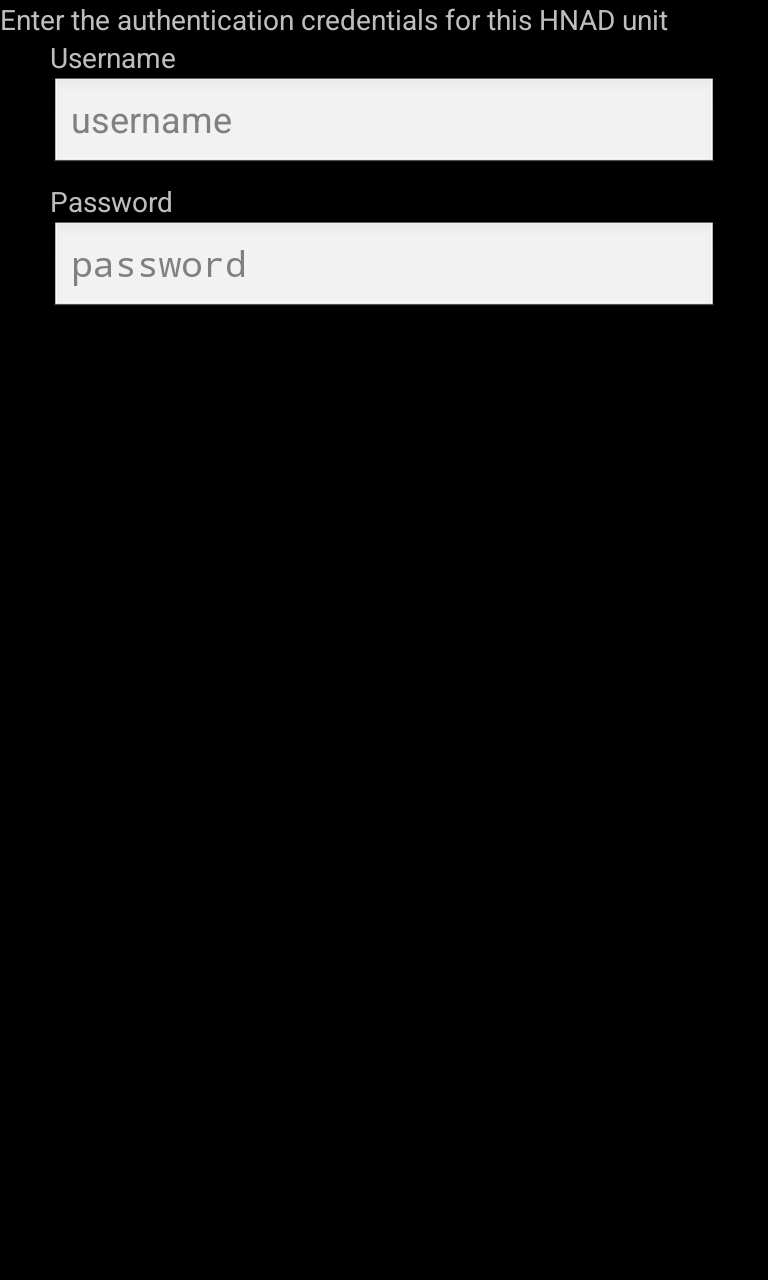
Repository: sergioenriquez/CSTE
Layout: HNAD/res/layout/login.xml
These files come from the project's save history. The layout is drawn as it stood at one moment and after the next save; the edit follows.
It is drawn on a 768 x 1280 px phone screen (xhdpi) without system bars, with theme android:Theme.NoTitleBar; the app's code is not run.

Above is the layout before, as saved 2011-12-18 03:09:13.

### HNAD/res/layout/login.xml
<?xml version="1.0" encoding="utf-8"?>
<LinearLayout xmlns:android="http://schemas.android.com/apk/res/android"
    android:orientation="vertical"
    android:layout_width="fill_parent"
    android:layout_height="fill_parent"
    >
    <TextView
    android:layout_width="fill_parent"
    android:layout_height="wrap_content"
    android:text="Enter the authentication credentials for this HNAD unit"
    />
<TextView
    android:layout_width="fill_parent"
    android:layout_height="wrap_content"
    android:layout_marginLeft="25dp"
    android:text="Username"
    />
<EditText
        android:id="@+id/authUserLink"
        android:layout_width="match_parent"
        android:layout_height="wrap_content"
        android:layout_marginLeft="25dp"
        android:layout_marginRight="25dp"
        android:layout_marginBottom="5dp"
        android:inputType="text"
        android:singleLine="true"
        android:hint="username" />
<TextView
    android:layout_width="fill_parent"
    android:layout_height="wrap_content"
    android:layout_marginLeft="25dp"
    android:text="Password"
    />
<EditText
        android:id="@+id/authPassword"
        android:layout_width="match_parent"
        android:layout_height="wrap_content"
        android:layout_marginLeft="25dp"
        android:layout_marginRight="25dp"
        android:layout_marginBottom="5dp"
        android:password="true"
        android:singleLine="true"
        android:hint="password" />
</LinearLayout>

After the next save:
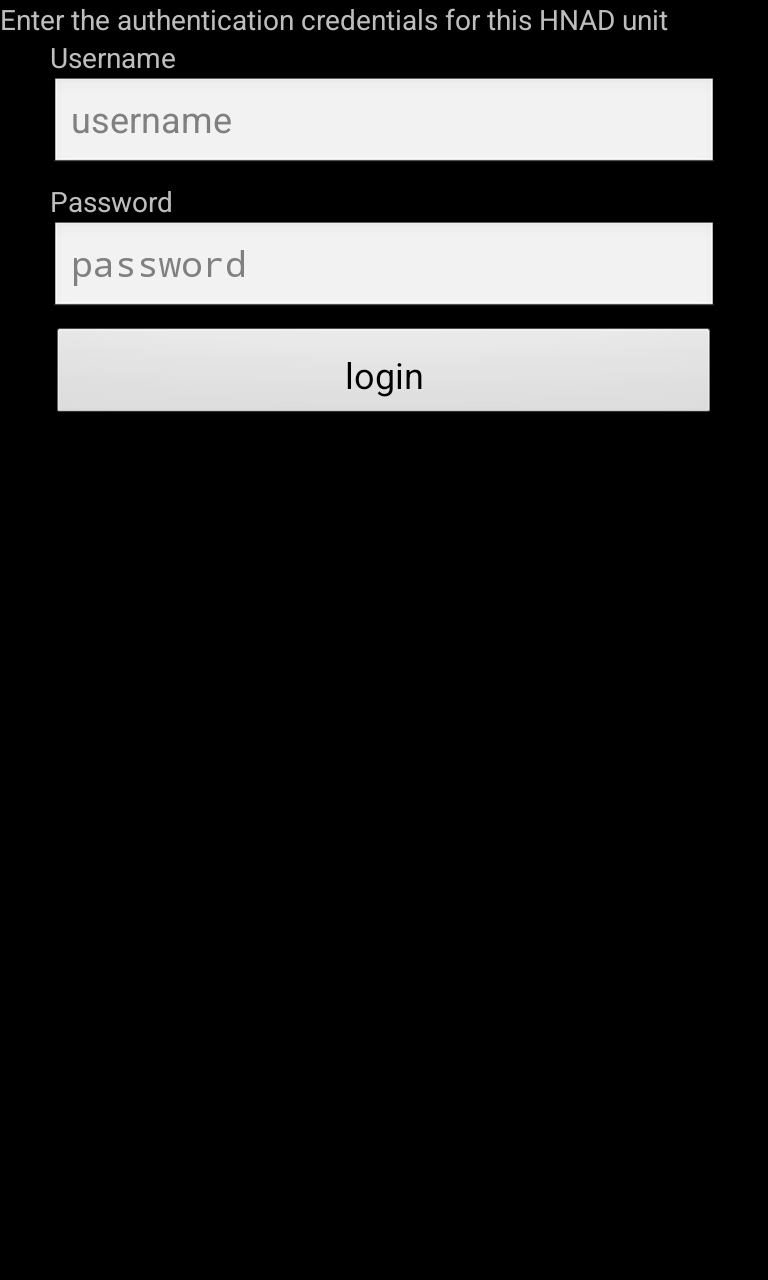
Saved 2 min 54 s later.
--- a/HNAD/res/layout/login.xml
+++ b/HNAD/res/layout/login.xml
@@ -1,21 +1,19 @@
 <?xml version="1.0" encoding="utf-8"?>
-<LinearLayout xmlns:android="http://schemas.android.com/apk/res/android"
+<LinearLayout
+    xmlns:android="http://schemas.android.com/apk/res/android"
     android:orientation="vertical"
     android:layout_width="fill_parent"
-    android:layout_height="fill_parent"
-    >
+    android:layout_height="fill_parent">
     <TextView
-    android:layout_width="fill_parent"
-    android:layout_height="wrap_content"
-    android:text="Enter the authentication credentials for this HNAD unit"
-    />
-<TextView
-    android:layout_width="fill_parent"
-    android:layout_height="wrap_content"
-    android:layout_marginLeft="25dp"
-    android:text="Username"
-    />
-<EditText
+	    android:layout_width="fill_parent"
+	    android:layout_height="wrap_content"
+	    android:text="Enter the authentication credentials for this HNAD unit" />
+	<TextView
+	    android:layout_width="fill_parent"
+	    android:layout_height="wrap_content"
+	    android:layout_marginLeft="25dp"
+	    android:text="Username" />
+	<EditText
         android:id="@+id/authUserLink"
         android:layout_width="match_parent"
         android:layout_height="wrap_content"
@@ -25,13 +23,12 @@
         android:inputType="text"
         android:singleLine="true"
         android:hint="username" />
-<TextView
-    android:layout_width="fill_parent"
-    android:layout_height="wrap_content"
-    android:layout_marginLeft="25dp"
-    android:text="Password"
-    />
-<EditText
+	<TextView
+	    android:layout_width="fill_parent"
+	    android:layout_height="wrap_content"
+	    android:layout_marginLeft="25dp"
+	    android:text="Password" />
+	<EditText
         android:id="@+id/authPassword"
         android:layout_width="match_parent"
         android:layout_height="wrap_content"
@@ -41,4 +38,25 @@
         android:password="true"
         android:singleLine="true"
         android:hint="password" />
+	<LinearLayout
+        android:orientation="horizontal"
+        android:layout_width="match_parent"
+        android:layout_height="wrap_content"
+        android:layout_marginLeft="25dp"
+        android:layout_marginRight="25dp">
+
+	    <Button
+	        android:id="@+id/authLogin"
+	        android:text="login"
+            android:layout_height="wrap_content"
+            android:layout_width="match_parent"
+            android:textSize="18dp"
+            android:singleLine="true"
+
+
+            android:layout_weight="3"
+            android:layout_gravity="right"
+            android:padding="12dp"
+            android:gravity="center" />
+    </LinearLayout>
 </LinearLayout>
